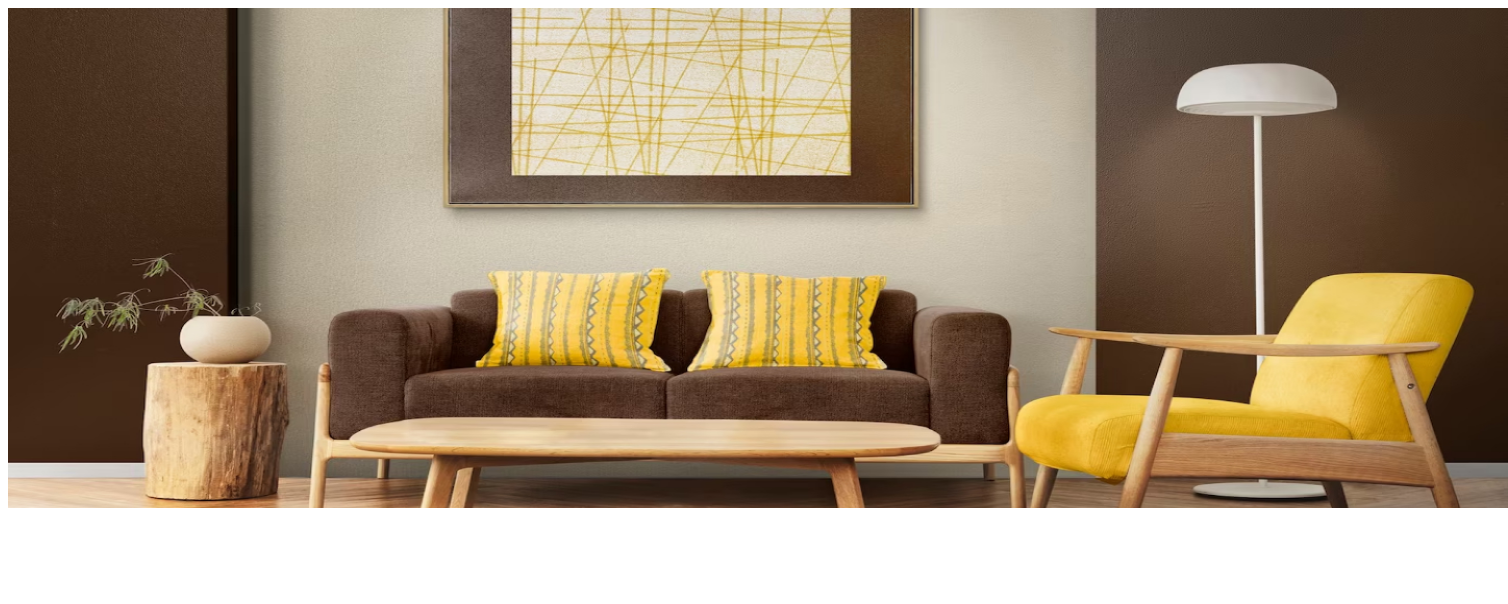
Repository: nikita120402/next13-deploy
Page: /
An editor plug-in stored every save of this project. The page is shown before and after the next save, followed by the edit.
The browser window is 1280 px wide. The page is 1508 px wide, so the pictures cover 1508 px, including what lies to the right of the window. The pictures show the whole page.
The project was rebuilt for these pictures with package versions that can differ from the ones it lists, and the page was loaded fresh each time. The framework's server and built-in components were replaced by stand-ins that run in the browser. Also part of the build but not shown: next.config.js, src/app/globals.css.

Above is the page before, as saved 2023-08-01 19:30:31.

### src/app/page.tsx
import Image from 'next/image'

export default function Page() {
  return (
        <div> <Image
      src="/../public/image/Rectangle 25.jpg"
      alt="Picture"
      width={1500}
      height={500}
          />
          </div>

  )

}

Loaded but not shown: src/app/layout.tsx (common file)

After the next save:
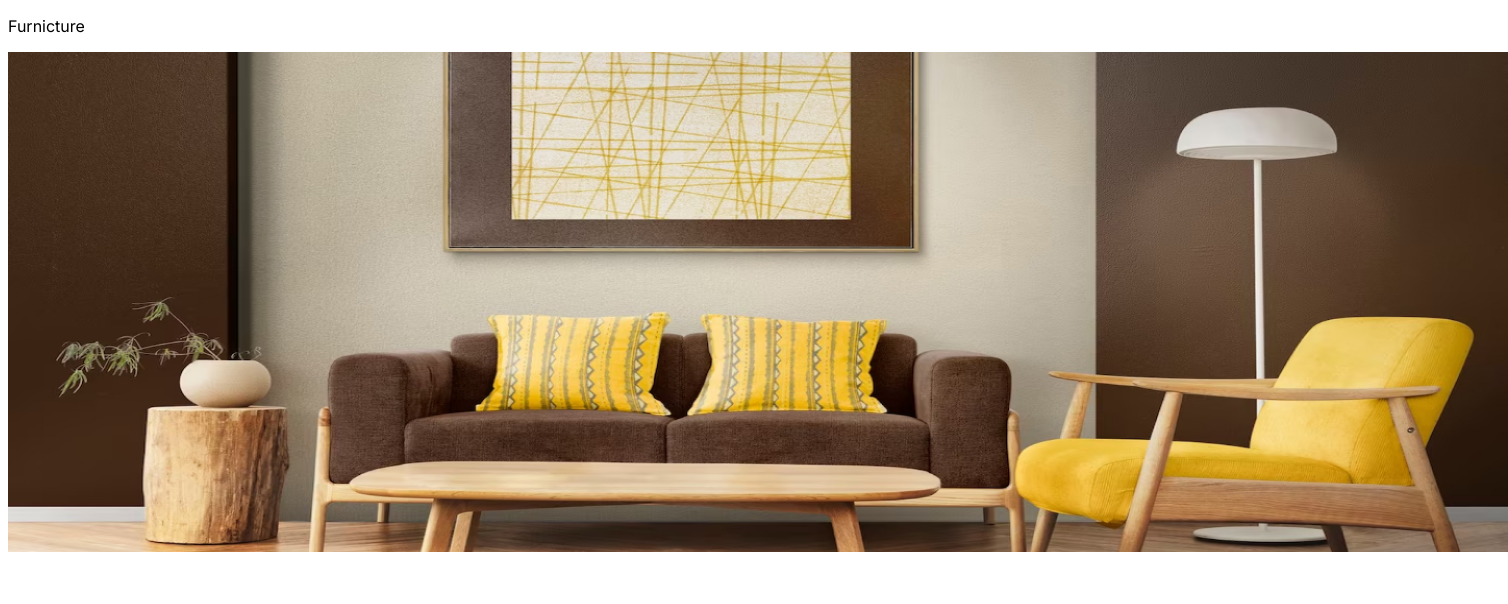
Saved 54 s later.
--- a/src/app/page.tsx
+++ b/src/app/page.tsx
@@ -2,7 +2,9 @@
 
 export default function Page() {
   return (
-        <div> <Image
+        <div>
+          <p>Furnicture</p>
+        <Image
       src="/../public/image/Rectangle 25.jpg"
       alt="Picture"
       width={1500}

After the save that followed:
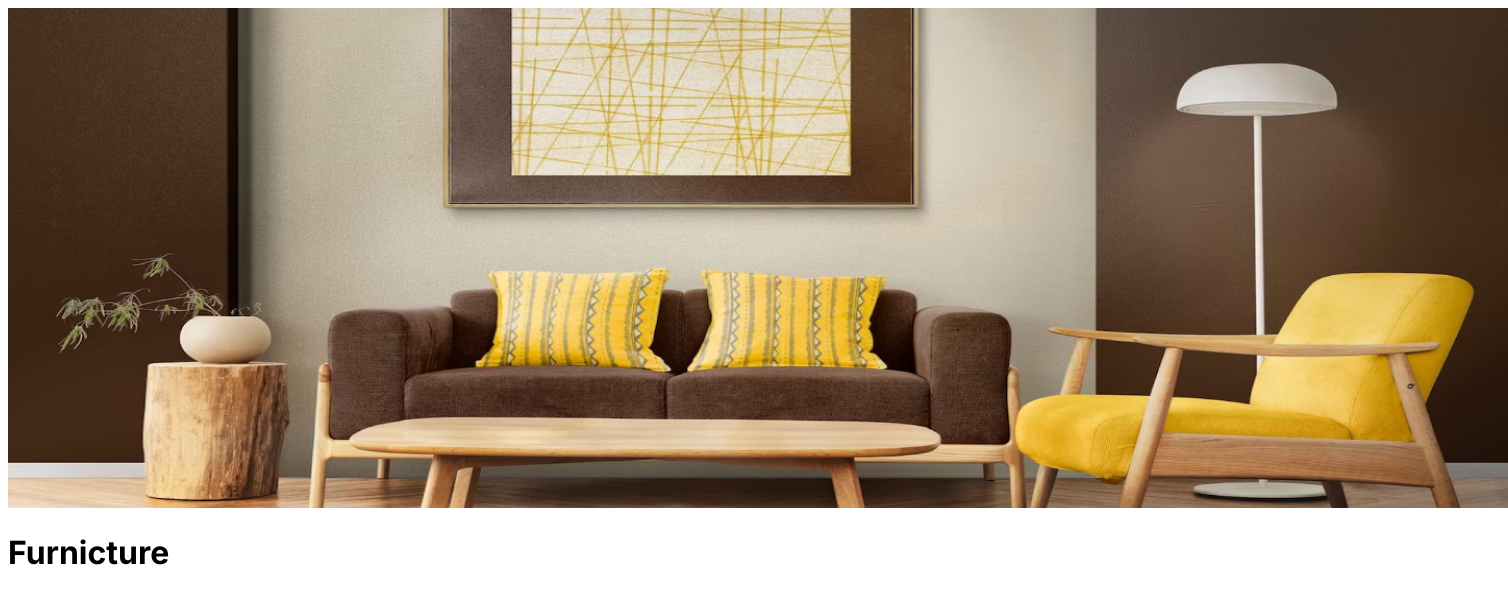
Saved 36 s later.
--- a/src/app/page.tsx
+++ b/src/app/page.tsx
@@ -3,13 +3,13 @@
 export default function Page() {
   return (
         <div>
-          <p>Furnicture</p>
         <Image
       src="/../public/image/Rectangle 25.jpg"
       alt="Picture"
       width={1500}
       height={500}
           />
+          <h1>Furnicture</h1>
           </div>
 
   )
